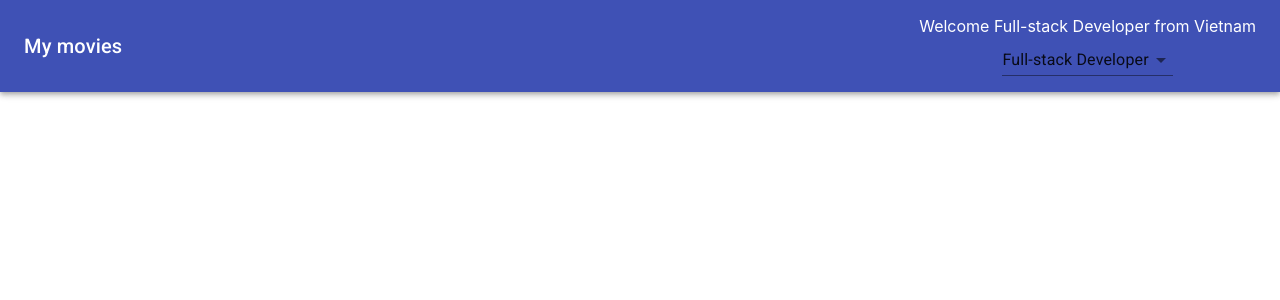
Repository: baodien1405/movie-app
Page: /
These files come from the project's save history. The page is drawn as it stood at one moment and after the next save; the edit follows.
The browser window is 1280 px wide. The pictures show the whole page.
The project was rebuilt for these pictures with package versions that can differ from the ones it lists, and the page was loaded fresh each time. Also part of the build but not shown: src/App.css.

Above is the page before, as saved 2021-06-01 18:33:21.

### src/App.tsx
import React from 'react';
import Navbar from './components/Navbar/Navbar.component';

import './App.css';

function App() {
  return (
    <div>
      <Navbar />
    </div>
  );
}

export default App;

### src/components/Navbar/Navbar.component.tsx
import React, {ChangeEvent, useState} from 'react';
import { AppBar, Box, FormControl, MenuItem, Select, Toolbar, Typography } from "@material-ui/core";
import WelcomeMessage from '../WelcomeMessage/WelcomeMessage.component';
import { createStyles, makeStyles, Theme } from "@material-ui/core/styles";

const useStyles = makeStyles((theme: Theme) => createStyles({
  positionSelect: {
    color: "white",
    borderBottom: "1px solid white"
  }
}))

function Navbar() {
  const [position, setPosition] = useState<string>("Full-stack Developer")

  const onPositionChange = (
    event: ChangeEvent<{
      value: unknown
    }>
) => setPosition(event.target.value as string)

  return (
    <AppBar position="relative" color="primary">
      <Toolbar>
        <Box display="flex" justifyContent="space-between" alignItems="center" width={1} py={2}>
          <Typography variant="h6">My movies</Typography>

          <Box textAlign="center">
            <WelcomeMessage position={position} />
            <Box mt={1}>
              <FormControl>
                <Select value={position} onChange={onPositionChange}>
                  <MenuItem value="Full-stack Developer">Full-stack Developer</MenuItem>
                  <MenuItem value="Front-end Developer">Front-end Developer</MenuItem>
                  <MenuItem value="Back-end Developer">Back-end Developer</MenuItem>
                </Select>
              </FormControl>
            </Box>
          </Box>
        </Box>
      </Toolbar>
    </AppBar>
  );
}

export default Navbar;

### src/components/WelcomeMessage/WelcomeMessage.component.tsx
import React from 'react';
import { Box } from "@material-ui/core";

interface WelcomeMessageProps {
  position: string,
  country?: string
}

function WelcomeMessage({position, country="Vietnam"}: WelcomeMessageProps) {
  return (
    <Box mb={1}>
      Welcome {position} from {country}
    </Box>
  );
}

export default WelcomeMessage;

Loaded but not shown: public/index.html (common file); src/index.tsx (common file); src/index.css (common file); src/reportWebVitals.ts (common file)

After the next save:
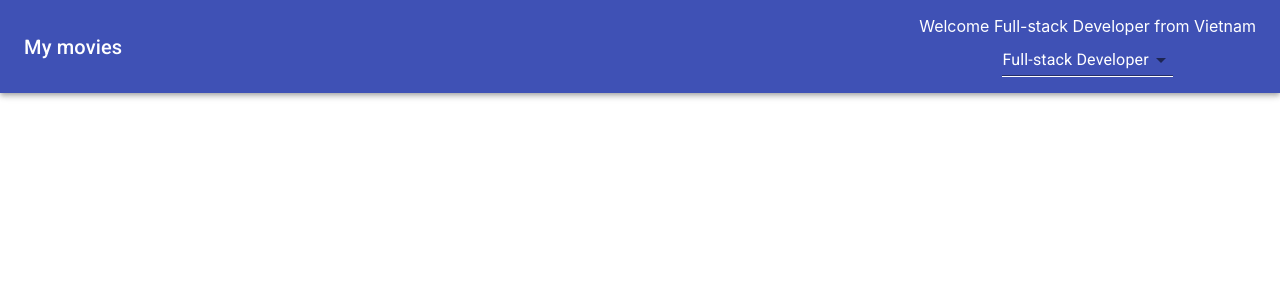
Saved 70 s later.
--- a/src/components/Navbar/Navbar.component.tsx
+++ b/src/components/Navbar/Navbar.component.tsx
@@ -11,6 +11,7 @@ const useStyles = makeStyles((theme: Theme) => createStyles({
 }))
 
 function Navbar() {
+  const classes = useStyles();
   const [position, setPosition] = useState<string>("Full-stack Developer")
 
   const onPositionChange = (
@@ -29,7 +30,7 @@ function Navbar() {
             <WelcomeMessage position={position} />
             <Box mt={1}>
               <FormControl>
-                <Select value={position} onChange={onPositionChange}>
+                <Select value={position} onChange={onPositionChange} className={classes.positionSelect}>
                   <MenuItem value="Full-stack Developer">Full-stack Developer</MenuItem>
                   <MenuItem value="Front-end Developer">Front-end Developer</MenuItem>
                   <MenuItem value="Back-end Developer">Back-end Developer</MenuItem>
